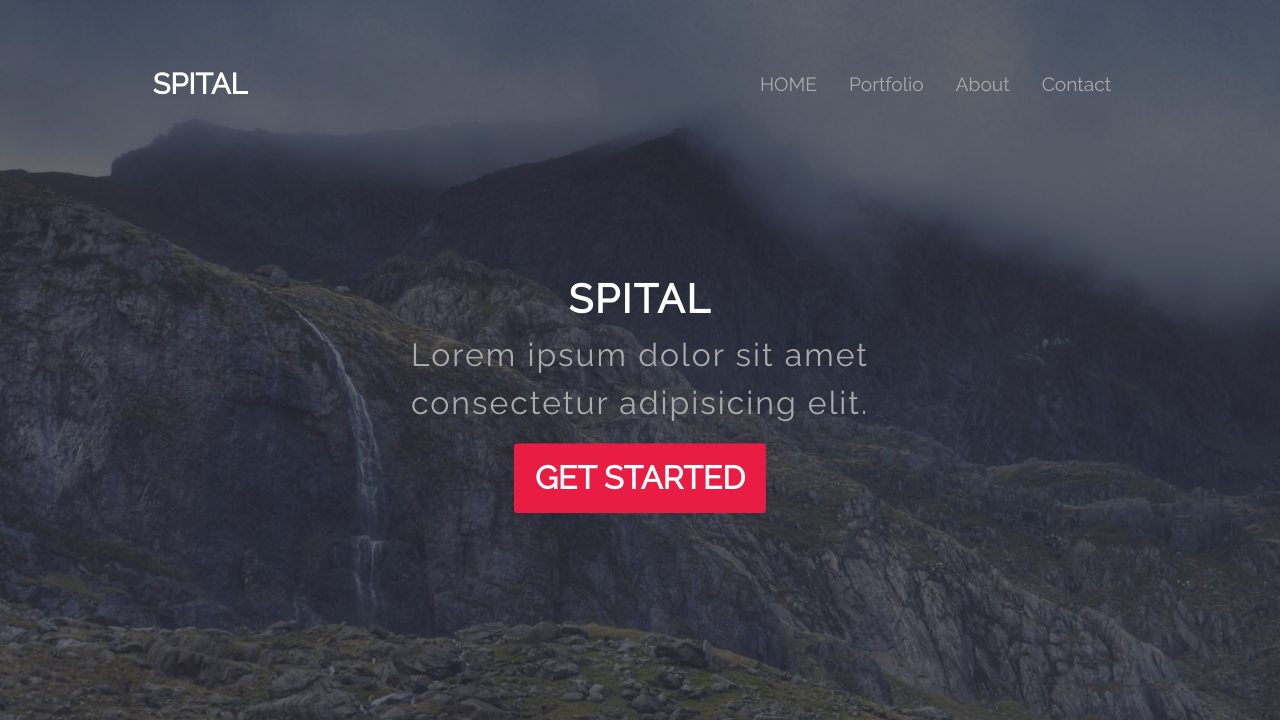
Repository: Mardoqueu/Bootstrap-4-Simple-Landing-Page
Page: index.html
These files come from the project's save history. The page is drawn as it stood at one moment and after the next save; the edit follows.
The browser window is 1280 px wide. The pictures show the whole page.

Above is the page before, as saved 2022-10-11 08:18:26.

After the next save:
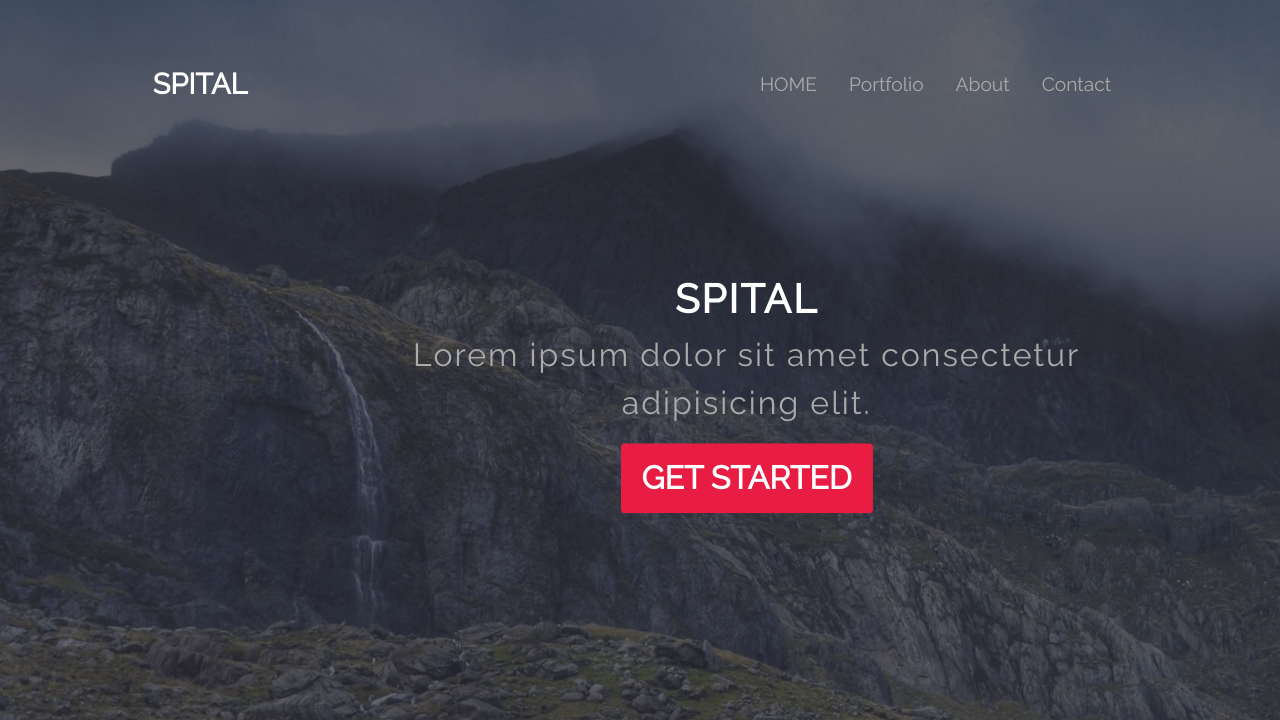
Saved 43 s later.
--- a/index.html
+++ b/index.html
@@ -34,7 +34,7 @@
 					</ul>
 				</nav>
 				</div>
-				<div class="col-md-6 offset-md-3 info">
+				<div class="col-md-8 offset-md-3 info">
 					<h1 class="text-center">SPITAL</h1>
 					<p class="text-center">
 						Lorem ipsum dolor sit amet consectetur adipisicing elit.
